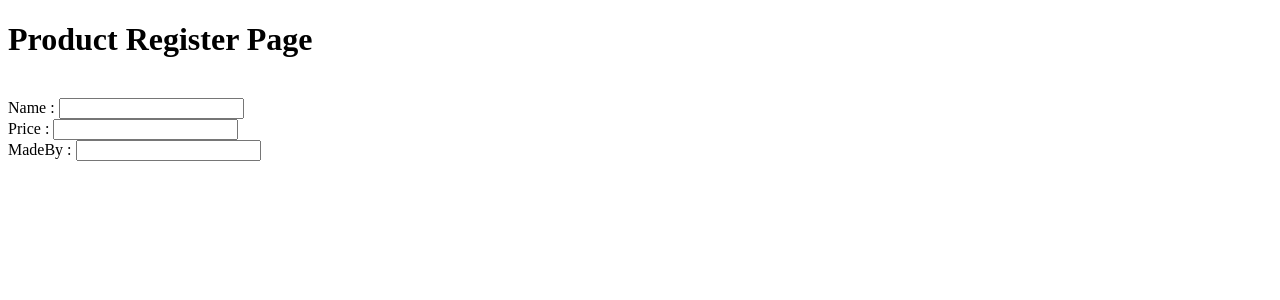
Repository: novemberjj/jsp
Page: http://localhost/jsp_study/register.jsp
An editor plug-in stored every save of this project. The page is shown before and after the next save, followed by the edit.
The browser window is 1280 px wide. The pictures show the whole page.
The page is served by Tomcat 9. Other server files are loaded and not shown.

Above is the page before, as saved 2023-05-11 01:20:44.

### jsp_project1/jsp_study/src/main/webapp/register.jsp
<%@ page language="java" contentType="text/html; charset=UTF-8"
    pageEncoding="UTF-8"%>
<!DOCTYPE html>
<html>
<head>
<meta charset="UTF-8">
<title>상품 등록 페이지</title>
</head>
<body>
	<h1>Product Register Page</h1> <br>
	<form action="">
		Name : <input type="text" name="pname"> <br>
		Price : <input type="text" name="price"> <br>
		MadeBy : <input type="text" name="madeby"> <br>
	</form>

</body>
</html>

After the next save:
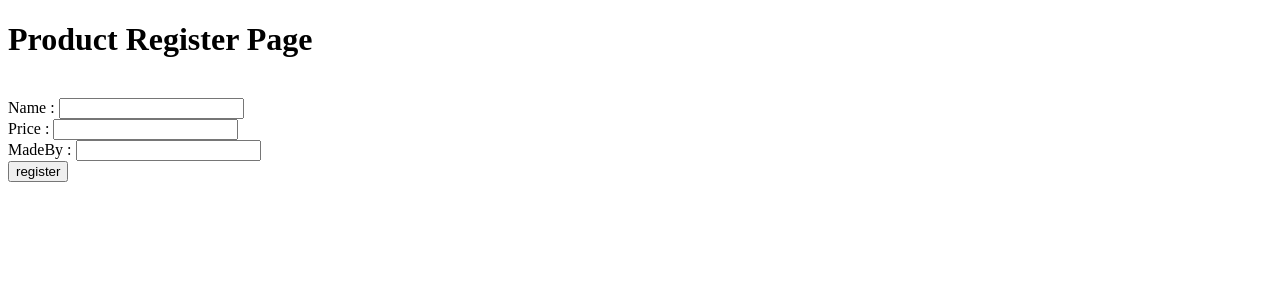
Saved 91 s later.
--- a/jsp_project1/jsp_study/src/main/webapp/register.jsp
+++ b/jsp_project1/jsp_study/src/main/webapp/register.jsp
@@ -8,10 +8,12 @@
 </head>
 <body>
 	<h1>Product Register Page</h1> <br>
-	<form action="">
+	<form action="/insert.pd" method="post">
 		Name : <input type="text" name="pname"> <br>
 		Price : <input type="text" name="price"> <br>
 		MadeBy : <input type="text" name="madeby"> <br>
+
+		<button type="submit">register</button>
 	</form>
 
 </body>
